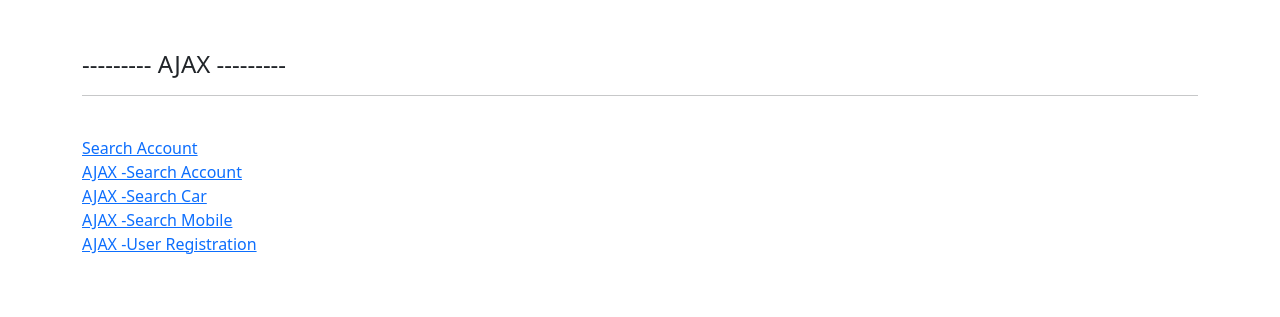
Repository: Kapil-06/My-Java-Projects
Page: http://localhost/AJAX_Module/
These files come from the project's save history. The page is drawn as it stood at one moment and after the next save; the edit follows.
The browser window is 1280 px wide. The pictures show the whole page.
The page is served by Tomcat 9. Other server files are loaded and not shown.

Above is the page before, as saved 2023-06-15 11:20:55.

### AJAX Module/src/main/webapp/index.jsp
<%@ page language="java" contentType="text/html; charset=ISO-8859-1"
    pageEncoding="ISO-8859-1"%>
<!DOCTYPE html>
<html>
<head>
<meta charset="ISO-8859-1">
<title>Ajax</title>
<link rel="stylesheet" href="bootstrap.min.css">
</head>
<body style="margin-top: 50px;">
    <div class="container">
        <h4>--------- AJAX ---------</h4>
        <hr>
        <br>
        <a href="SearchAccount.html">Search Account</a>
		<br>
		<a href="SearchAccountUsingAjax.html">AJAX -Search Account</a>
		<br>
		<a href="SearchCarInfo.html">AJAX -Search Car</a>
		<br>
		<a href="SearchMobileInfo.html">AJAX -Search Mobile</a>
		<br>
		<a href="Registration.html">AJAX -User Registration</a>
    </div>
</body>
</html>

Loaded but not shown: AJAX Module/src/main/webapp/bootstrap.min.css (library)

After the next save:
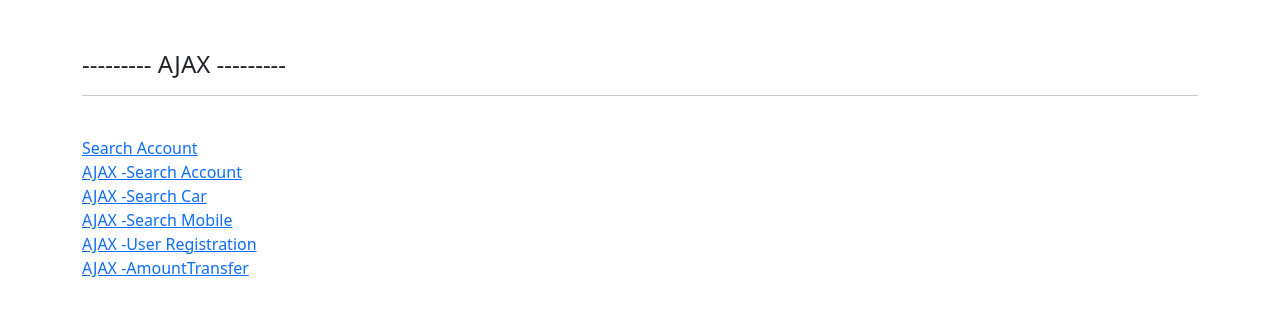
Saved 4 h 4 min later.
--- a/AJAX Module/src/main/webapp/index.jsp
+++ b/AJAX Module/src/main/webapp/index.jsp
@@ -21,6 +21,8 @@
 		<a href="SearchMobileInfo.html">AJAX -Search Mobile</a>
 		<br>
 		<a href="Registration.html">AJAX -User Registration</a>
+		<br>
+		<a href="TransferAmount.html">AJAX -AmountTransfer</a>
     </div>
 </body>
 </html>
